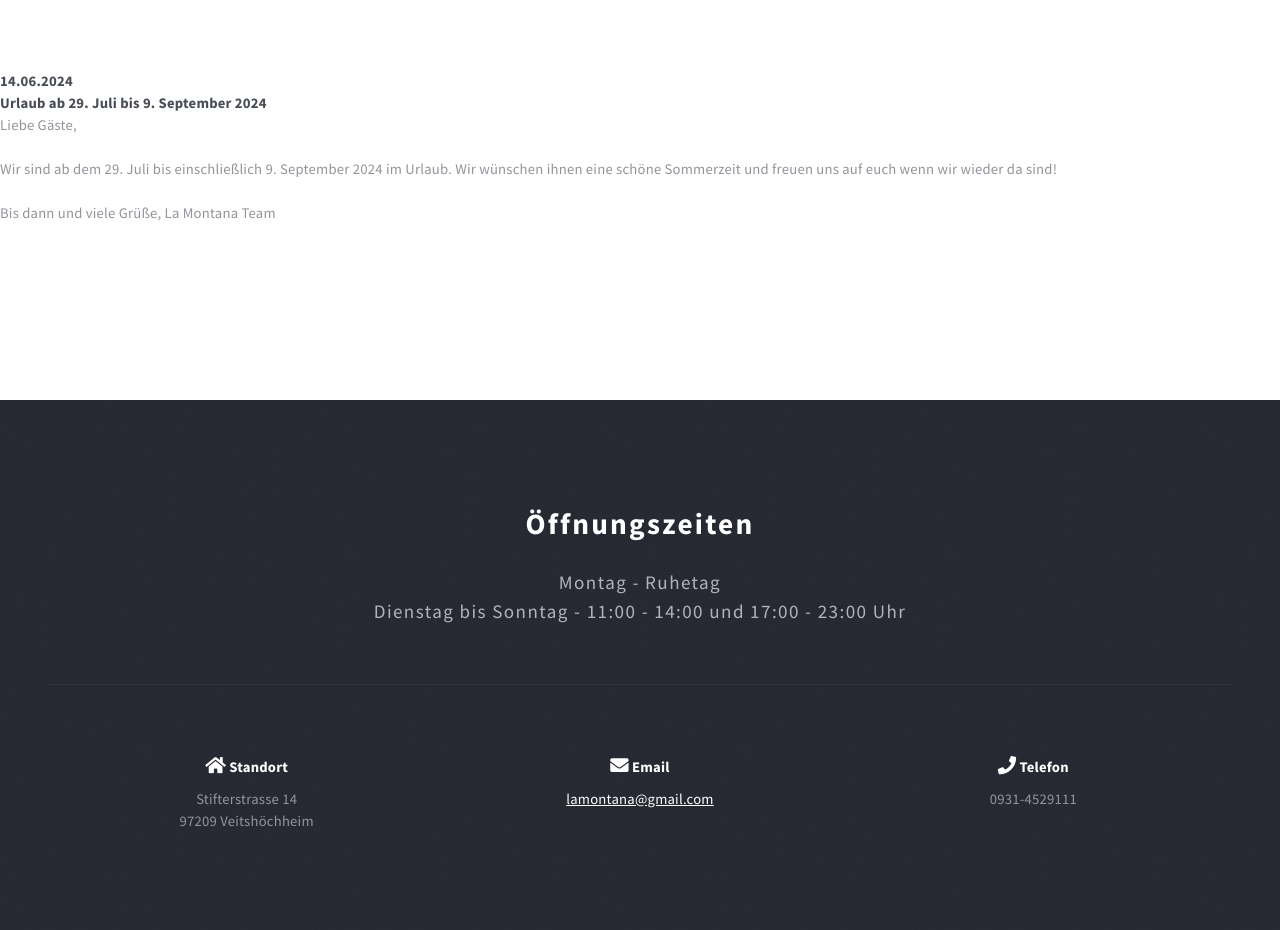
Repository: restaurantlamontana/restaurantlamontana.github.io
Page: blog.html
The author's editor kept a copy of each file at every save. The page is drawn from the files as they stood at one save, then again after a run of saves.
The browser window is 1280 px wide. The pictures show the part of the page from y = 385 to 1337 px (the page is 1315 px tall before and 1337 px after).

Above is the page before, as saved 2024-07-14 18:20:28.

After the next 2 saves:
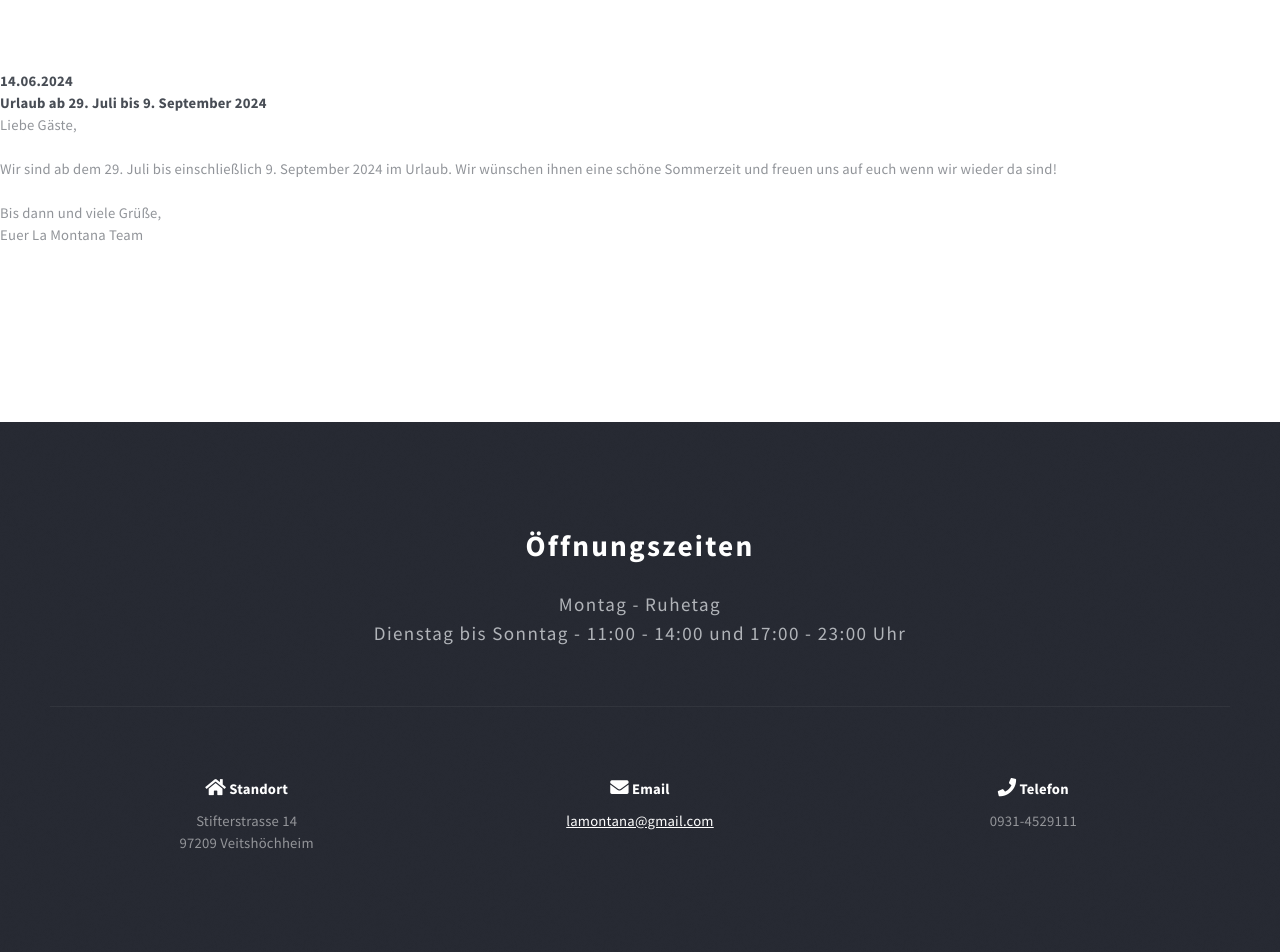
The 2 saves are shown as one change because they came seconds apart.
The last was saved 7 s later.
--- a/blog.html
+++ b/blog.html
@@ -46,8 +46,8 @@
 							Wir wünschen ihnen eine schöne Sommerzeit und freuen uns auf euch wenn wir wieder da sind!
 							<br>
 							<br>
-							Bis dann und viele Grüße,
-							La Montana Team
+							Bis dann und viele Grüße, <br>
+							Euer La Montana Team
 						</p>
 						<br><br>
 					</div>
